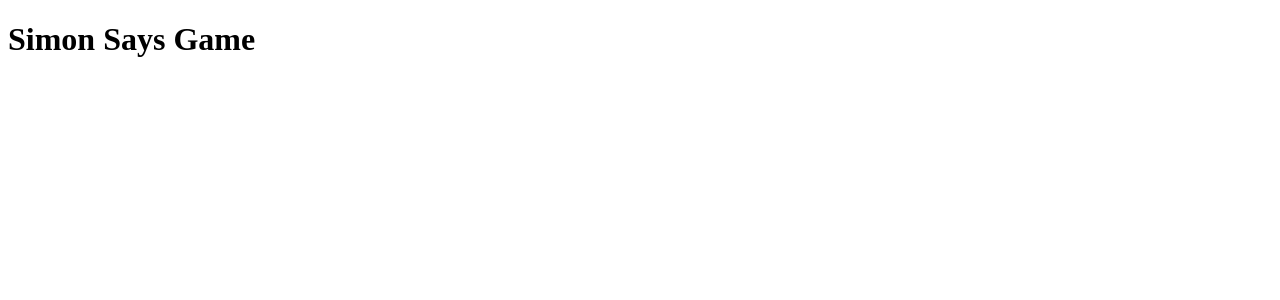
Repository: Manish-tomar-aligarh/Simon-Says-Game
Page: index.html
The author's editor kept a copy of each file at every save. The page is drawn from the files as they stood at one save, then again after a run of saves.
The browser window is 1280 px wide. The pictures show the whole page.

Above is the page before, as saved 2025-05-25 11:19:50.

### index.html
<!DOCTYPE html>
<html lang="en">
<head>
    <meta charset="UTF-8">
    <meta name="viewport" content="width=device-width, initial-scale=1.0">
    <title>Simon Says Game</title>
</head>
<body>
    <h1>Simon Says Game</h1>


</body>
</html>

After the next 2 saves:
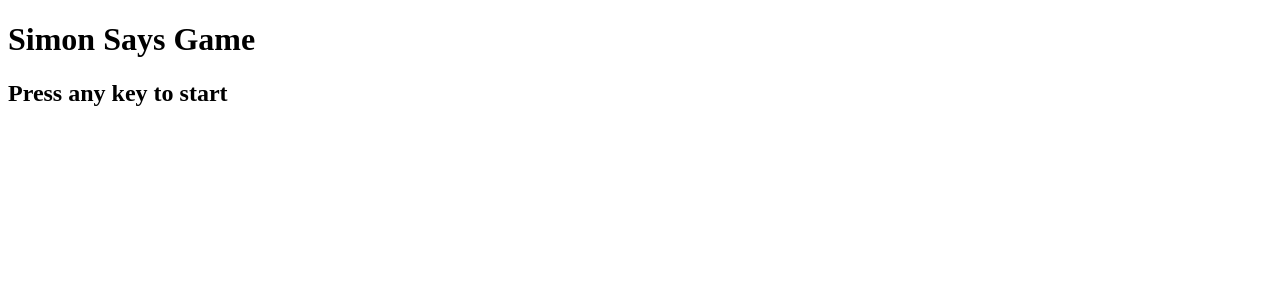
The 2 saves are shown as one change because they came seconds apart.
The last was saved 9 s later.
--- a/index.html
+++ b/index.html
@@ -7,7 +7,7 @@
 </head>
 <body>
     <h1>Simon Says Game</h1>
-
+    <h2>Press any key to start</h2>
 
 </body>
 </html>
